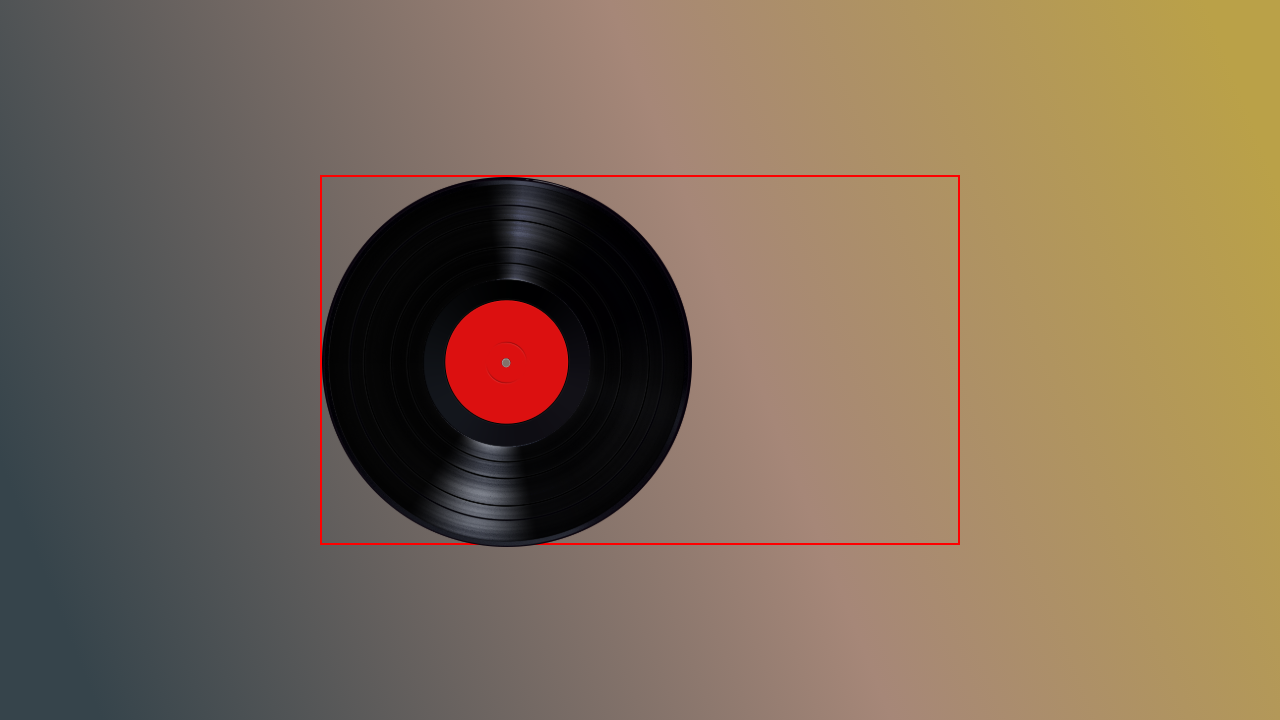
Repository: julianm09/revolve-app
Page: /
These files come from the project's save history. The page is drawn as it stood at one moment and after a run of saves; the edit follows.
The browser window is 1280 px wide. The pictures show the whole page.
The project was rebuilt for these pictures with package versions that can differ from the ones it lists, and the page was loaded fresh each time. The framework's server and built-in components were replaced by stand-ins that run in the browser. Also part of the build but not shown: next.config.js, data/albums.js, comps/AlbumGrid/index.js, comps/MainButton/index.js, comps/NowPlaying/index.js, comps/TrackLoop/index.js.

Above is the page before, as saved 2021-10-07 17:55:26.

### pages/index.js
import Head from "next/head";
import Image from "next/image";
import styled from "styled-components";
import { useState } from "react";
import AlbumGrid from "@/comps/AlbumGrid";
import NowPlaying from "@/comps/NowPlaying";
import TrackLoop from "@/comps/TrackLoop";
import { useRouter } from 'next/router';
import Logo from "@/comps/LogoMain";


const Main = styled.div`
  display:flex;
  flex-direction:column;
  background:linear-gradient(248.52deg, #BAA148 4.79%, #A68778 42.94%, #36444B 93.48%);
  width:100vw;
  height:100vh;
`


export default function Home() {
  const router = useRouter();


  return (<Main className="main">
    {/* <Logo onClick={() => router.push('/')}/> */}
    {/* <TrackLoop/>
    <NowPlaying /> */}
    <Logo />
  </Main>


  );
}

### styles/globals.css
@import url('https://fonts.googleapis.com/css2?family=Nunito:wght@700&display=swap');
@import url('https://fonts.googleapis.com/css2?family=Nunito:wght@400;700&display=swap');

html,
body {
  padding: 0;
  margin: 0;
  font-family: -apple-system, BlinkMacSystemFont, Segoe UI, Roboto, Oxygen,
    Ubuntu, Cantarell, Fira Sans, Droid Sans, Helvetica Neue, sans-serif;
}

a {
  color: inherit;
  text-decoration: none;
}

* {
  box-sizing: border-box;
}

@keyframes spin {
  0% { transform: rotate(0deg); }
  100% { transform: rotate(360deg); }
}

@media only screen and (min-width: 769px) {

  .main {
    justify-content:center;
    align-items:center;
  }

  .now-playing {
    display:flex;
    flex-direction: row;
  }

  .left {
    flex:2;
    justify-content:flex-start;
    align-items:flex-start;
  }

  .album {
    width:30vw;
    min-width:170px;
    max-width:370px;
    max-height:370px;
  }

  .record {
    width:30vw;
    min-width:170px;
    max-width:370px;
    max-height:370px;
    left:-15vw;
  }

  .star-cont {
    display: flex;
    justify-content: space-between;
    align-items: flex-start;
    width:100%;
  }

  p {
    font-size: 1.5rem;
  }
}

@media only screen and (min-width: 601px) and (max-width: 768px) {

  .main {
    padding-top: 5vh;
    justify-content: flex-start;
    align-items: center;
  }

  .now-playing {
    display:flex;
    flex-direction: column;
  }

  .left {
    flex:1;
    justify-content:flex-start;
    align-items:center;
    margin-bottom: 5vh;
  }

  .album {
    width:30vw;
    min-width:170px;
    max-width:200px;
    max-height:200px;
  }

  .record {
    width:30vw;
    min-width:170px;
    max-width:200px;
    max-height:200px;
    left:-15vw;
  }

  .star-cont {
    display: flex;
    justify-content: space-between;
    align-items: flex-start;
    width:50%;
  }

  p {
    font-size: 1.2rem;
  }

}

@media only screen and (max-width: 600px){

  .main {
    justify-content:center;
    align-items:center;
  }

  .now-playing {
    display:flex;
    flex-direction: column;
  }

  .left {
    flex:1;
    justify-content:flex-start;
    align-items:center;
    margin-bottom: 5vh;
  }

  .album {
    width:100%;
    min-width:170px;
    max-width:370px;
    max-height:370px;
  }

  .record {
    width:100%;
    min-width:170px;
    max-width:370px;
    max-height:370px;
    left:-20vw;
  }

  .star-cont {
    display: flex;
    justify-content: space-between;
    align-items: flex-start;
    width:100%;
  }

  p {
    font-size: 1.2rem;
  }
}

/* Trackloop */

#rssBlock{
  left:0px;
  top:10px;
  height: 80px;
  position: absolute;
  width:100%;
  overflow: hidden;
}

/*remove p*/
.cnnContents {
  width:100%;
  padding-top: 20px;
  margin:0 auto;
  font-size: 30px;
  white-space: nowrap;
  font-family: 'Nunito', sans-serif;
  font-weight: 300;
  color: white;
}

.marqueeStyle {
  display:inline-block;
  /* Apply animation to this element */
  -webkit-animation: scrolling-left1 20s linear infinite;
  animation: scrolling-left1 20s linear infinite;
}

.marqueeStyle2 {
  display:inline-block;
  /* Apply animation to this element */
  -webkit-animation: scrolling-left2 20s linear infinite;
  animation: scrolling-left2 20s linear infinite;
  animation-delay: 10s;
}
/* scrolling-left is continuous/repeatly text */
@keyframes scrolling-left1 {
    0% {transform: translateX(100%);
        -webkit-transform: translateX(100%);}
      100% {transform: translateX(-100%);
          -webkit-transform: translateX(-100%);}
}
@keyframes scrolling-left2 {
    0% {transform: translateX(0%);
        -webkit-transform: translateX(0%);}
      100% {transform: translateX(-200%);
          -webkit-transform: translateX(-200%);}
}

@-webkit-keyframes scrolling-left1 {
    0% {-webkit-transform: translateX(100%);}
      100% {-webkit-transform: translateX(-100%);}
}
@-webkit-keyframes scrolling-left2 {
    0% {-webkit-transform: translateX(0%);}
      100% {-webkit-transform: translateX(-200%);}
}

### comps/LogoMain/index.js
import React from "react";
import styled from "styled-components";

const LogoCont = styled.div`
    display:flex;
    flex-direction:column;
    width:50%;
    max-width:1100px;
    border: 2px solid red;
`;

const LogoImg = styled.img`

`;

const Logo = () => {
    return (
        <LogoCont className="record">
            <LogoImg className="record" src="./record.svg" />
        </LogoCont>
    );
}

export default Logo;

Loaded but not shown: pages/_app.js (common file); pages/_document.js (common file)

After the next 3 saves:
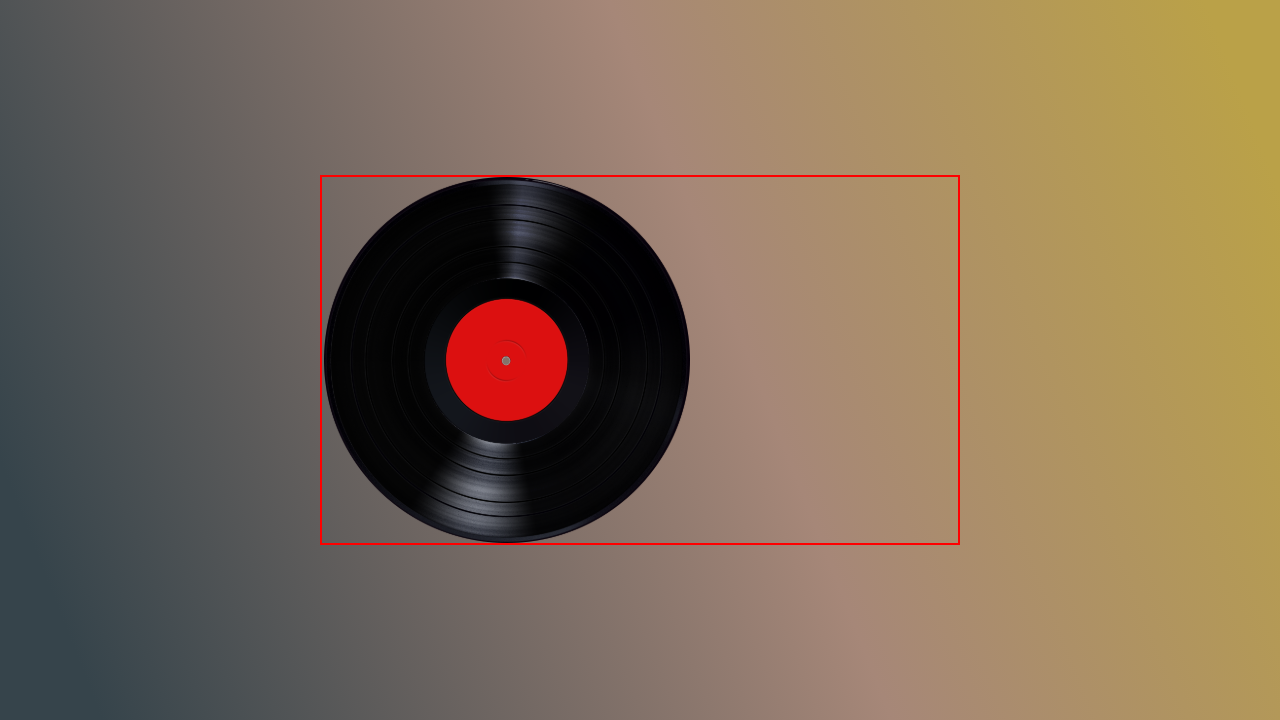
The 3 saves are shown as one change because they came seconds apart.
The last was saved 25 s later.
--- a/comps/LogoMain/index.js
+++ b/comps/LogoMain/index.js
@@ -3,10 +3,12 @@
 
 const LogoCont = styled.div`
     display:flex;
+    align
     flex-direction:column;
     width:50%;
     max-width:1100px;
     border: 2px solid red;
+
 `;
 
 const LogoImg = styled.img`
